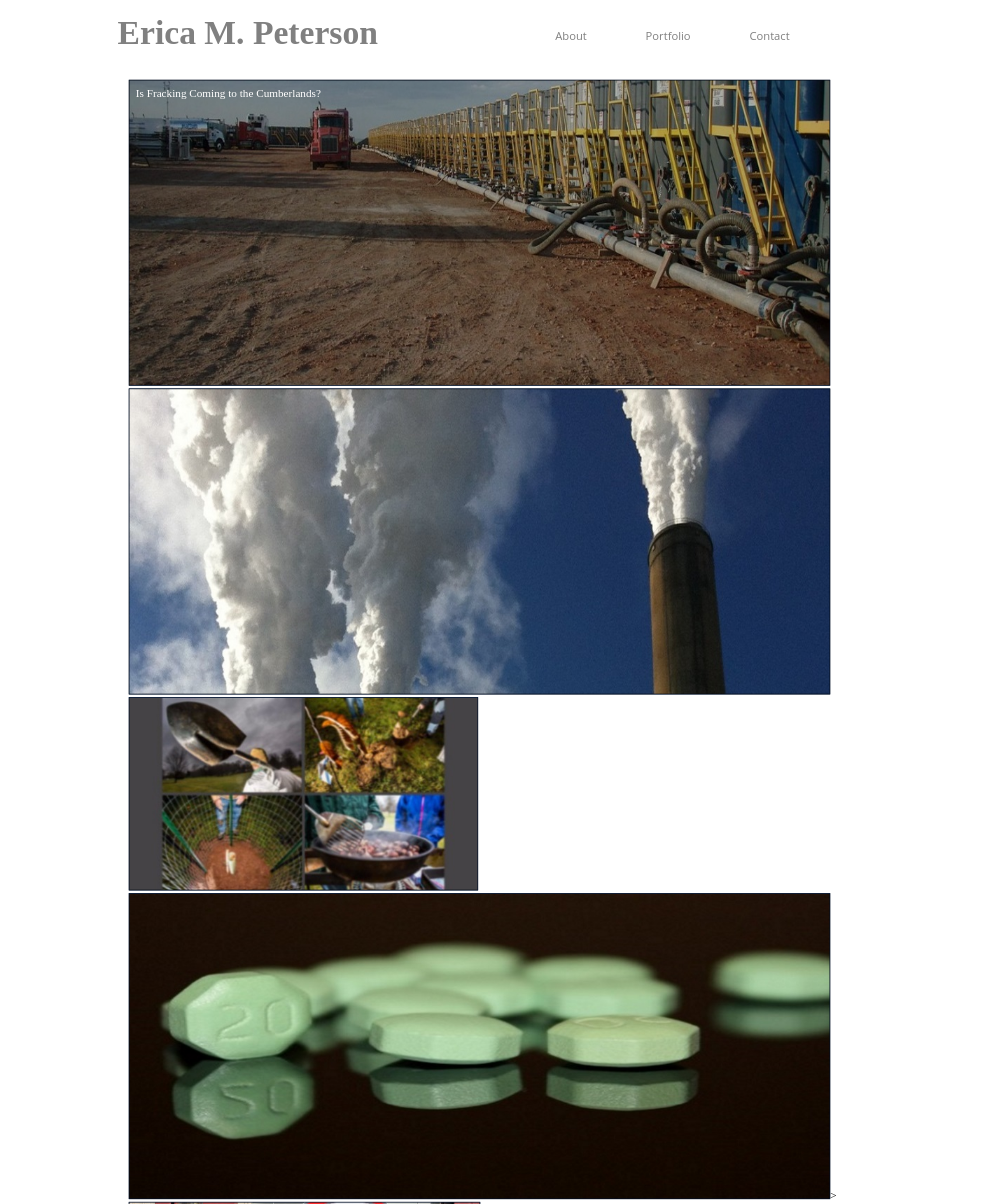
Repository: 255AM/erica
Page: portfolio.html
The author's editor kept a record of every edit. The page is drawn from the files as they stood at one moment, then again after the next edit.
The browser window is 1280 px wide. The page is 1424 px wide, so the pictures cover 1424 px, including what lies to the right of the window. The pictures show the part of the page from y = 0 to 1720 px (the page is 3327 px tall), at 70% of full size.
The pointer rests on the first visible `a.darken`.
Some web libraries are served in a nearby version.

Above is the page before.

After the next edit:
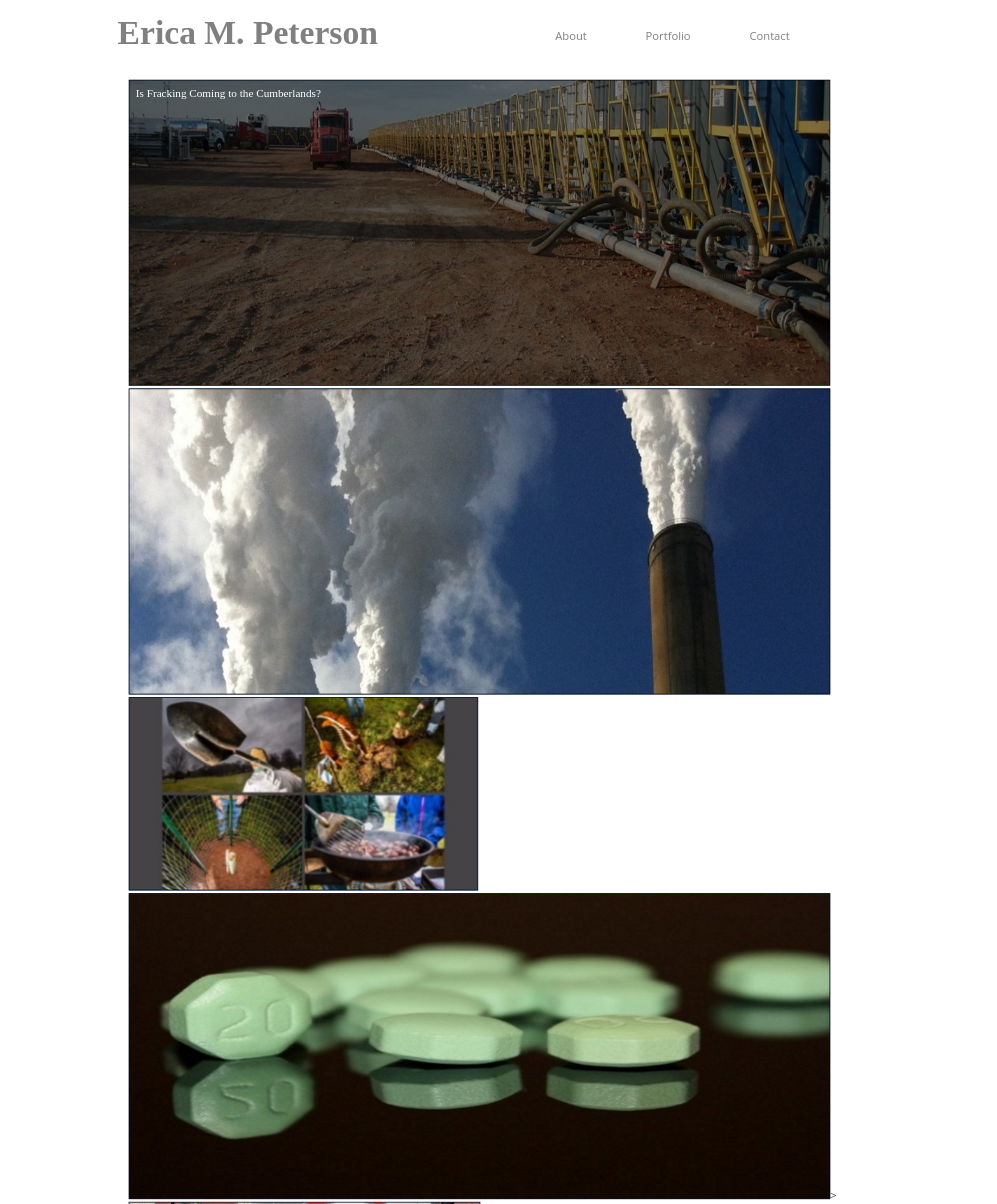
The edit:
--- a/css/style.css
+++ b/css/style.css
@@ -121,7 +121,7 @@
 }
 
 a.darken:hover img {
-    opacity: 0.7;
+    opacity: 0.5;
 
 }
 
